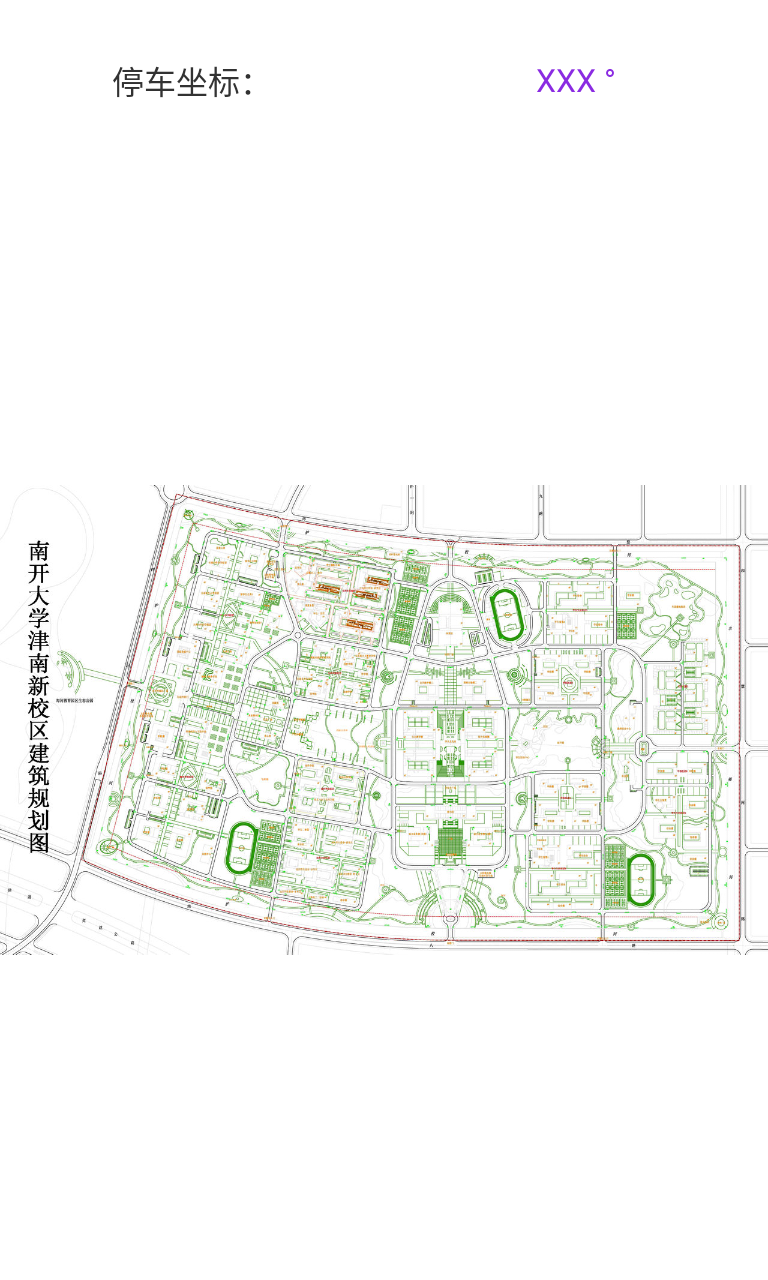
Repository: CovaWang/temporary_embedded
Layout: 7#车联·共享单车/代码/代码/res/layout/compass.xml
The author's editor kept a copy of each file at every save. The layout is drawn from the files as they stood at one save, then again after the next save.
It is drawn on a 768 x 1280 px phone screen (xhdpi) without system bars, with theme AppTheme; the app's code is not run.

Above is the layout before, as saved 2024-04-17 12:34:44.

### 7#车联·共享单车/代码/代码/res/layout/compass.xml
<?xml version="1.0" encoding="utf-8"?>
<LinearLayout xmlns:android="http://schemas.android.com/apk/res/android"
    android:layout_width="fill_parent"
    android:layout_height="match_parent"
    android:orientation="vertical" >

    <LinearLayout
       	android:layout_width="match_parent"
       	android:layout_height="match_parent"
       	android:orientation="horizontal"
		android:layout_weight="7">
	    <TextView
			android:layout_width="match_parent"
			android:layout_height="match_parent"
			android:gravity="center"
			android:text="停车坐标："
			android:textSize="16dp"
			android:layout_weight="1" />

	    <TextView
	        android:id="@+id/compass_text"
			android:layout_width="match_parent"
			android:layout_height="match_parent"
			android:gravity="center"
			android:text="XXX °"
			android:textSize="16dp"
			android:textColor="#8A2BE2"
			android:layout_weight="1" />

   </LinearLayout>

    <ImageView
        android:id="@+id/compass_img"
        android:layout_width="match_parent"
        android:layout_height="match_parent"
        android:layout_gravity="center"
        android:src="@drawable/map"
        android:layout_weight="1" />

</LinearLayout>

### 7#车联·共享单车/代码/代码/res/values/styles.xml
<resources>

    <!--
        Base application theme, dependent on API level. This theme is replaced
        by AppBaseTheme from res/values-vXX/styles.xml on newer devices.

    -->
    <style name="AppBaseTheme" parent="android:Theme.Light">
        <!--
            Theme customizations available in newer API levels can go in
            res/values-vXX/styles.xml, while customizations related to
            backward-compatibility can go here.

        -->
    </style>

    <!-- Application theme. -->
    <style name="AppTheme" parent="AppBaseTheme">
        <!-- All customizations that are NOT specific to a particular API-level can go here. -->
    </style>
    <!-- 高宽都包裹内容 -->
    <style name="wrapcontent">
        <item name="android:layout_width">wrap_content</item>
        <item name="android:layout_height">wrap_content</item>
    </style>

    <!-- 自定义对话框样式 -->
    <style name="dialog_custom" parent="android:style/Theme.Dialog">
        <item name="android:windowFrame">@null</item>
        <item name="android:windowNoTitle">true</item>
        <item name="android:background">#00000000</item>
        <item name="android:windowBackground">@android:color/transparent</item>
    </style>
    <!-- TextView 16sp样式 -->
    <style name="textview16sp" parent="wrapcontent">
        <item name="android:textSize">16sp</item>
        <item name="android:gravity">center_vertical</item>
    </style>

    <!-- TextView 14sp样式 -->
    <style name="textview12sp" parent="wrapcontent">
        <item name="android:textSize">12sp</item>
        <item name="android:gravity">center_vertical</item>
    </style>
    <!-- TextView 14sp样式 -->
    <style name="textview14sp" parent="wrapcontent">
        <item name="android:textSize">14sp</item>
        <item name="android:gravity">center_vertical</item>
    </style>

    <!-- 宽度为0dp,高度为包裹内容，权重为1 -->
    <style name="zero_widthwrapcontent">
        <item name="android:layout_width">0dp</item>
        <item name="android:layout_height">wrap_content</item>
        <item name="android:layout_weight">1</item>
    </style>

    <!-- 黄色14sp,图片间距为5dp的textview -->
    <style name="tvyellow14sp" parent="zero_widthwrapcontent">
        <item name="android:textSize">14sp</item>
        <item name="android:drawablePadding">3dp</item>
        <item name="android:gravity">center</item>
        <item name="android:textColor">@color/bright_yellow</item>
    </style>

</resources>

Loaded but not shown: 7#车联·共享单车/代码/代码/res/values-v11/styles.xml (common file); 7#车联·共享单车/代码/代码/res/values-v14/styles.xml (common file)

After the next save:
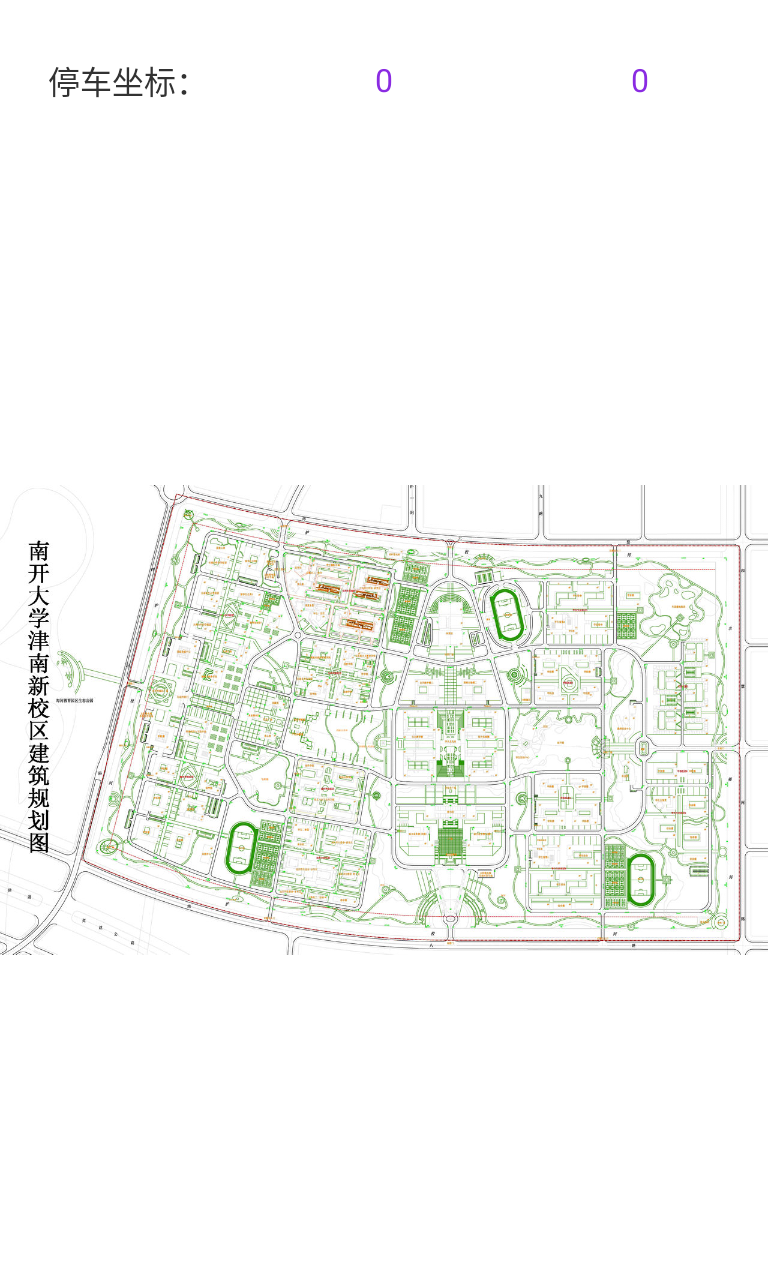
Saved 55 s later.
--- a/7#车联·共享单车/代码/代码/res/layout/compass.xml
+++ b/7#车联·共享单车/代码/代码/res/layout/compass.xml
@@ -18,11 +18,21 @@
 			android:layout_weight="1" />
 
 	    <TextView
-	        android:id="@+id/compass_text"
+	        android:id="@+id/compass_text1"
 			android:layout_width="match_parent"
 			android:layout_height="match_parent"
 			android:gravity="center"
-			android:text="XXX °"
+			android:text="0"
+			android:textSize="16dp"
+			android:textColor="#8A2BE2"
+			android:layout_weight="1" />
+
+	    <TextView
+	        android:id="@+id/compass_text2"
+			android:layout_width="match_parent"
+			android:layout_height="match_parent"
+			android:gravity="center"
+			android:text="0"
 			android:textSize="16dp"
 			android:textColor="#8A2BE2"
 			android:layout_weight="1" />
